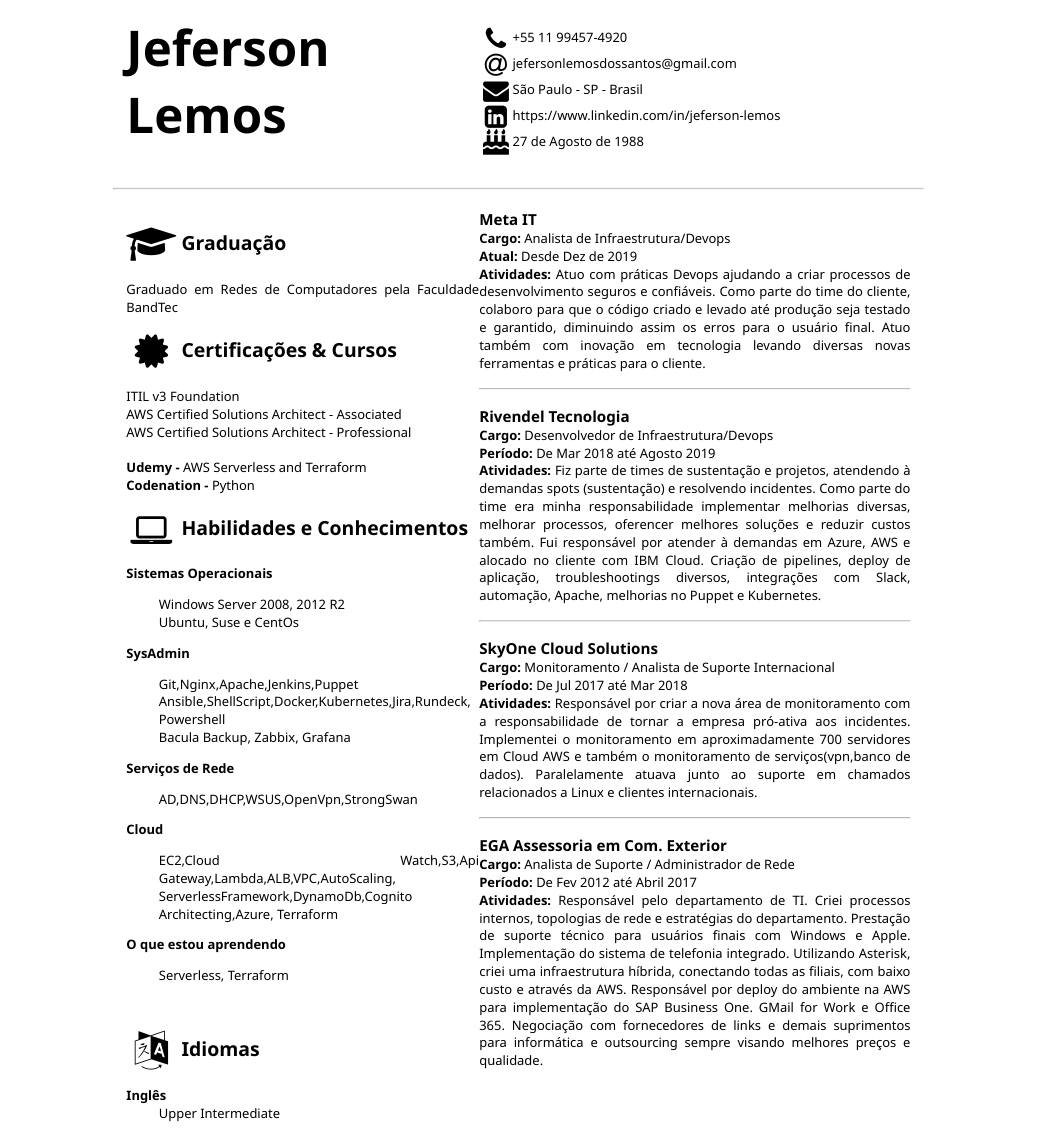
Repository: jefersonlemos/Resume-pt
Page: index.html
An editor plug-in stored every save of this project. The page is shown before and after the next save, followed by the edit.
The browser window is 1280 px wide. The pictures show the whole page, at 81% of full size.

Above is the page before, as saved 2020-06-15 12:12:15.

After the next save:
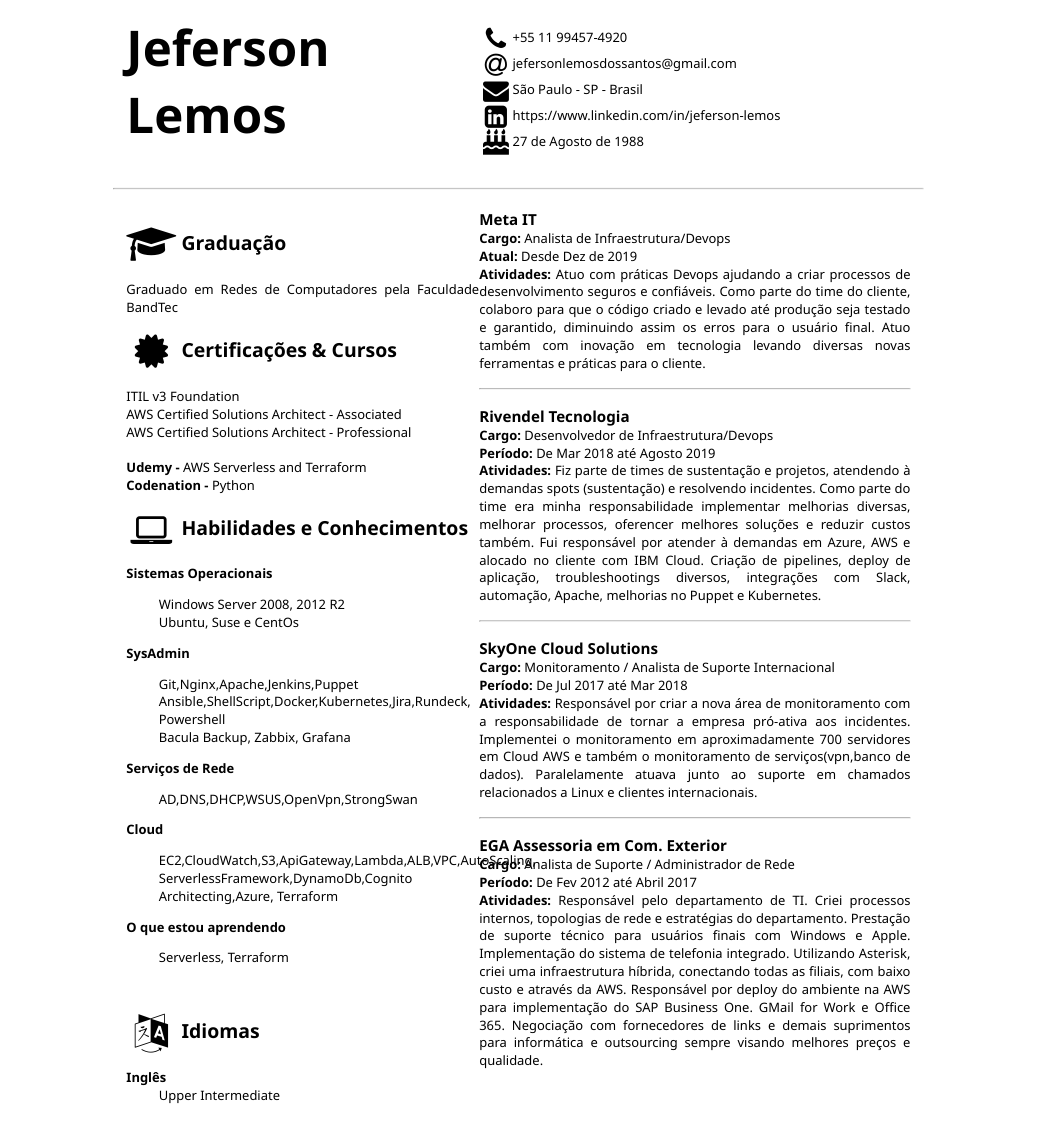
Saved 14 s later.
--- a/index.html
+++ b/index.html
@@ -82,7 +82,7 @@
                         <dt>Cloud</dt>
                         <dd>
                             <ul>
-                                <li>EC2,Cloud Watch,S3,Api Gateway,Lambda,ALB,VPC,AutoScaling,
+                                <li>EC2,CloudWatch,S3,ApiGateway,Lambda,ALB,VPC,AutoScaling,
                                     ServerlessFramework,DynamoDb,Cognito</li>
                                 <li>Architecting,Azure, Terraform </li>
                             </ul>
